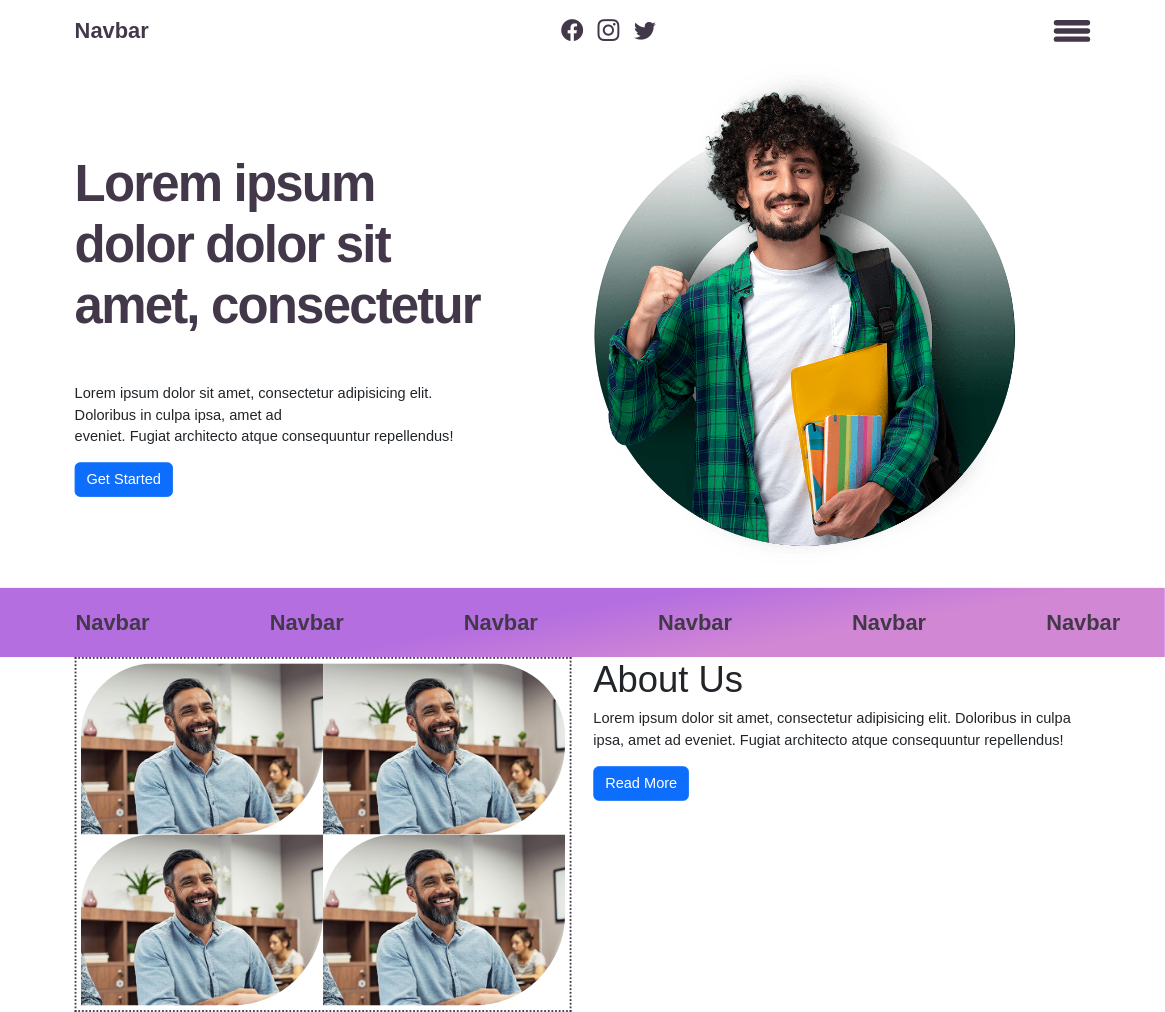
Repository: tagnam/project27012025
Page: index.html
An editor plug-in stored every save of this project. The page is shown before and after the next save, followed by the edit.
The browser window is 1280 px wide. The pictures show the whole page, at 91% of full size.

Above is the page before, as saved 2025-01-27 16:33:39.

### index.html
<!DOCTYPE html>
<html lang="en">
<head>
    <meta charset="UTF-8">
    <meta name="viewport" content="width=device-width, initial-scale=1.0">
    <link href="https://cdn.jsdelivr.net/npm/bootstrap@5.3.3/dist/css/bootstrap.min.css" rel="stylesheet" integrity="sha384-QWTKZyjpPEjISv5WaRU9OFeRpok6YctnYmDr5pNlyT2bRjXh0JMhjY6hW+ALEwIH" crossorigin="anonymous">
    <link rel="stylesheet" href="style/css/index.css">
    <link rel="stylesheet" href="style/css/animation.css">
    <link rel="stylesheet" href="style/css/responsive.css">
    <title>project27012025</title>
</head>
<body>
<header>
    <!-- --------------------------------------------start nav bar ------------------------------->
    <nav class="navbar navbar-expand-lg custom-nav">
        <div class="container">
          <div class="collapse navbar-collapse justify-content-between" id="navbarSupportedContent">
            <a class="navbar-brand" href="#">Navbar</a>
            <ul class="navbar-nav  ">

              <li class="nav-item">
                <a class="nav-link" href="#"><i class="bi bi-facebook"></i></a>
              </li>
              <li class="nav-item">
                <a class="nav-link" href="#"><i class="bi bi-instagram"></i></a>
              </li>
              <li class="nav-item">
                <a class="nav-link" href="#"><i class="bi bi-twitter"></i></a>
              </li>
            </ul>
            <div class="d-flex">
               <div class="menu-container" type="button" data-bs-toggle="offcanvas" data-bs-target="#offcanvasExample" aria-controls="offcanvasExample">
                <span class="span-menu-01 menu-icon"></span>
                <span class="span-menu-02 menu-icon"></span>
                <span class="span-menu-03 menu-icon"></span>
            </div>
            </div>
          </div>
        </div>
      </nav>

      <!-- ------------------------------start offcanvas ---------------------------------------->
      <div class="offcanvas offcanvas-start " tabindex="-1" id="offcanvasExample" aria-labelledby="offcanvasExampleLabel">
        <div class="offcanvas-header">
          <h5 class="offcanvas-title" id="offcanvasExampleLabel">Offcanvas</h5>
          <button type="button" class="btn-close text-reset" data-bs-dismiss="offcanvas" aria-label="Close"></button>
        </div>
        <div class="offcanvas-body">
          <div>
            Some text as placeholder. In real life you can have the elements you have chosen. Like, text, images, lists, etc.
          </div>
          <div class="dropdown mt-3">
            <button class="btn btn-secondary dropdown-toggle" type="button" id="dropdownMenuButton" data-bs-toggle="dropdown">
              Dropdown button
            </button>
            <ul class="dropdown-menu" aria-labelledby="dropdownMenuButton">
              <li><a class="dropdown-item" href="#">Action</a></li>
              <li><a class="dropdown-item" href="#">Another action</a></li>
              <li><a class="dropdown-item" href="#">Something else here</a></li>
            </ul>
          </div>
        </div>
      </div>
       <!-- -----------------------------end offcanvas ------------------------------------------->
      <!------------------------------------------------ end navbar ----------------------------->


</header>
<section class="hero-section">
    <div  class="container" style="height: 100%;">
        <div class="row" >
            <div class="col-lg-6 col-md-6 col-sm-12">
                <div class="banner-content ">
                    <h1>Lorem ipsum dolor  dolor sit amet, consectetur </h1>
                    <p>Lorem ipsum dolor sit amet, consectetur adipisicing elit. Doloribus in culpa ipsa, amet ad<br> eveniet. Fugiat architecto atque consequuntur repellendus!</p>
                    <button class="btn btn-primary">Get Started</button>
                </div>
            </div>
            <div class="col-lg-6 col-md-6 col-sm-12">
                <div class="banner-img d-flex justify-content-end">
                    <img src="image/hero-banner-01.webp" class="w-100" alt="">

            </div>

        </div>
    </div>
    <!-- <div class="row">
        <div class="col-lg-6 col-md-6 col-sm-12 d-flex justify-content-start">
            <div class="banner-btn">
                <a class="btn custom-btn btn-outline-success"> Get Started </a>
            </div>
        </div>
        <div class="col-lg-6 col-md-6 col-sm-12 d-flex justify-content-end">
             <div class="banner-footer-text">
                <p>Lorem ipsum dolor sit amet <br>consectetur adipisicing elit. Numquam, vel.</p>
             </div>

    </div>
 </div> -->
  </section>


<section class="client-section">
    <div class="container-fluid">
       <div class="row  row-cols-3 row-cols-md-6 g-4">
        <div class="col client-logo">
            <a class="navbar-brand w-25" href="#">Navbar</a>
        </div>
        <div class="col client-logo">
            <a class="navbar-brand w-25" href="#">Navbar</a>
        </div>
        <div class="col client-logo">
            <a class="navbar-brand w-25" href="#">Navbar</a>
        </div>
        <div class="col client-logo">
            <a class="navbar-brand w-25" href="#">Navbar</a>
        </div>
        <div class="col client-logo">
            <a class="navbar-brand w-25" href="#">Navbar</a>
        </div>
        <div class="col client-logo">
            <a class="navbar-brand w-25" href="#">Navbar</a>
        </div>

    </div>
    </div>
</section>

<section>
    <div class="container">
        <div class="row">
            <div class="col-lg-6 col-md-6 col-sm-12">
                <div class="about-row row  row-cols-1 row-cols-md-2 g-0">
                    <div class="col">
                        <div class="img">
                            <img src="image/elearning-08.jpg" class="about-row-img-01 w-100" alt="">
                        </div>
                    </div>
                    <div class="col">
                        <div class="img">
                            <img src="image/elearning-08.jpg" class="about-row-img-02 w-100" alt="">
                        </div>
                    </div>
                    <div class="col">
                        <div class="img">
                            <img src="image/elearning-08.jpg" class="about-row-img-03 w-100" alt="">
                        </div>
                    </div>
                    <div class="col">
                        <div class="img">
                            <img src="image/elearning-08.jpg" class="about-row-img-04 w-100" alt="">
                        </div>
                    </div>
                </div>
            </div>
            <div class="col-lg-6 col-md-6 col-sm-12">
                <div class="about-content">
                    <h1>About Us</h1>
                    <p>Lorem ipsum dolor sit amet, consectetur adipisicing elit. Doloribus in culpa ipsa, amet ad eveniet. Fugiat architecto atque consequuntur repellendus!</p>
                    <button class="btn btn-primary">Read More</button>
                </div>
            </div>

        </div>
    </div>
</section>
<script src="https://cdn.jsdelivr.net/npm/bootstrap@5.3.3/dist/js/bootstrap.bundle.min.js" integrity="sha384-YvpcrYf0tY3lHB60NNkmXc5s9fDVZLESaAA55NDzOxhy9GkcIdslK1eN7N6jIeHz" crossorigin="anonymous"></script>
<script src="style/js/custom.js"></script>
</body>
</html>

### style/css/index.css
@import url("https://cdn.jsdelivr.net/npm/bootstrap-icons@1.11.3/font/bootstrap-icons.min.css");

*{
 margin: 0;
padding: 0;
box-sizing: border-box;
}

:root{
    --dark-color:#423849;
    --semi-dark-color:#b46ee0;
    --light-color:#d287d4;
    --white-color:#fff;
    --main-heading-font-size: 3.5rem;
    --subheading-font-size: 2rem;
    --paragraph-font-size: 1rem;


}


body{
    font-family: 'Poppins', sans-serif;


}

/* header{
    position: fixed;
    top: 0;
    z-index: 1000;
width: 100%;
} */

.navbar-brand{
    font-size: 1.5rem;
    font-weight: 800;
    color: var(--dark-color);
}

.menu-icon{
    display: block;
    width: 40px;
    height: 6px;
    background-color: var(--dark-color);
    margin: 3px auto;
    border-radius: 20px;
    cursor: pointer;
}


.nav-link .bi{
    font-size: 1.5rem;
    color: var(--dark-color);
}

.banner-content{
    margin: 100px auto;
    padding-right: 100px;
}

.banner-content h1{
    color: var(--dark-color);
    font-weight: 800;
    /* font-size: 55px; */
    font-size: var(--main-heading-font-size);
    letter-spacing: -2px;
    margin: 50px 0px;
}
/* .hero-section{
   background-image: url(/image/business-banner.jpg);
    background-size: cover;
    background-position: center;
    height: 100vh;
} */

.banner-footer-text p{
    color: var(--dark-color);

}


.client-section{
    background: linear-gradient(-190deg, rgba(180,110,224,1) 45%, rgba(210,135,212,1) 70%);
    padding: 20px 0px;
    overflow: hidden;
}

.client-logo{
    display: flex;
    justify-content: center;
    align-items: center;
    flex-wrap: wrap;
    color: var(--white-color);
}
.about-row {
    border: 2px dotted var(--dark-color);
    padding: 5px;
}

.about-row-img-01{
    border-top-left-radius: 80px;
    border-bottom-right-radius: 100px;
}


.about-row-img-02{
    border-top-right-radius: 80px;
    border-bottom-right-radius: 100px;
}

.about-row-img-03{
    border-top-left-radius: 80px;
    border-bottom-right-radius: 100px;
}

.about-row-img-04{
    border-top-left-radius: 80px;
    border-bottom-right-radius: 100px;
}

Loaded but not shown: style/js/custom.js (no copy from this time; the picture is the same without it); style/css/animation.css (no stored copy; drawn as an empty file); style/css/responsive.css (no stored copy; drawn as an empty file)

After the next save:
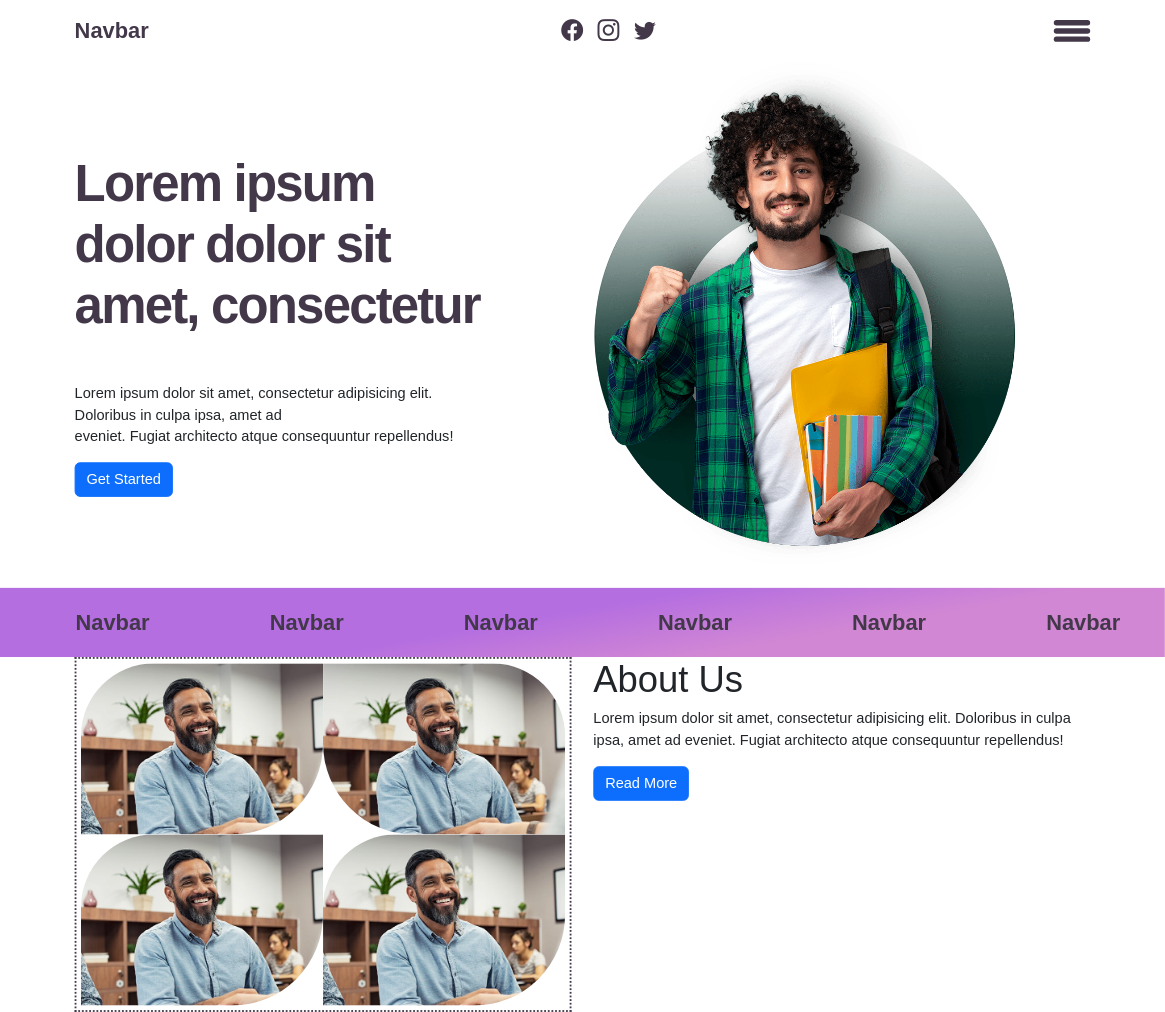
Saved 6 s later.
--- a/style/css/index.css
+++ b/style/css/index.css
@@ -106,7 +106,7 @@ width: 100%;
 
 .about-row-img-02{
     border-top-right-radius: 80px;
-    border-bottom-right-radius: 100px;
+    border-bottom-left-radius: 100px;
 }
 
 .about-row-img-03{
